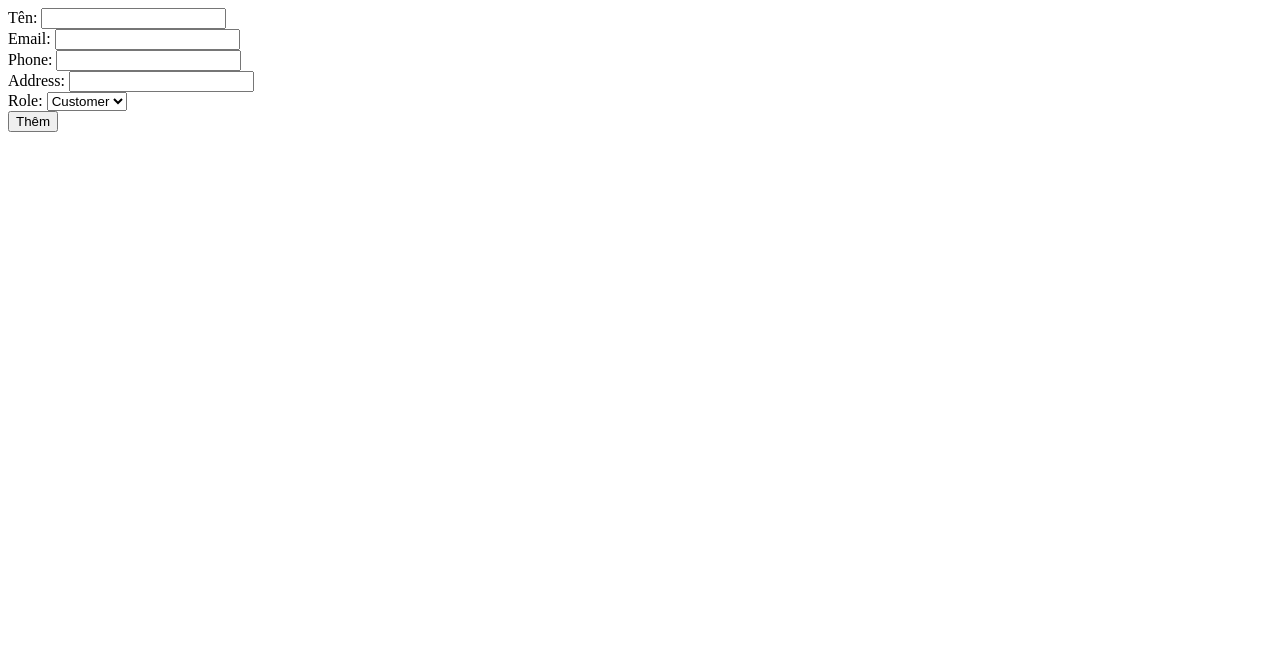
Repository: cu-dat/web2_softdrink
Page: http://localhost/web2_softdrink/admin/customers/customer_add.php
These files come from the project's save history. The page is drawn as it stood at one moment and after the next save; the edit follows.
The browser window is 1280 px wide. The pictures show the whole page.
The page is run by PHP 8.4 with error messages shown; the project is at /var/www/html/.

Above is the page before, as saved 2026-03-18 18:04:43.

### admin/customers/customer_add.php
<form action="insert.php" method="POST">
    Tên: <input type="text" name="full_name" required><br>
    Email: <input type="email" name="email"><br>
    Phone: <input type="text" name="phone"><br>
    Address: <input type="text" name="address"><br>

    Role:
    <select name="role">
        <option value="customer">Customer</option>
        <option value="staff">Staff</option>
        <option value="admin">Admin</option>
    </select><br>

    <button type="submit">Thêm</button>
</form>

After the next save:
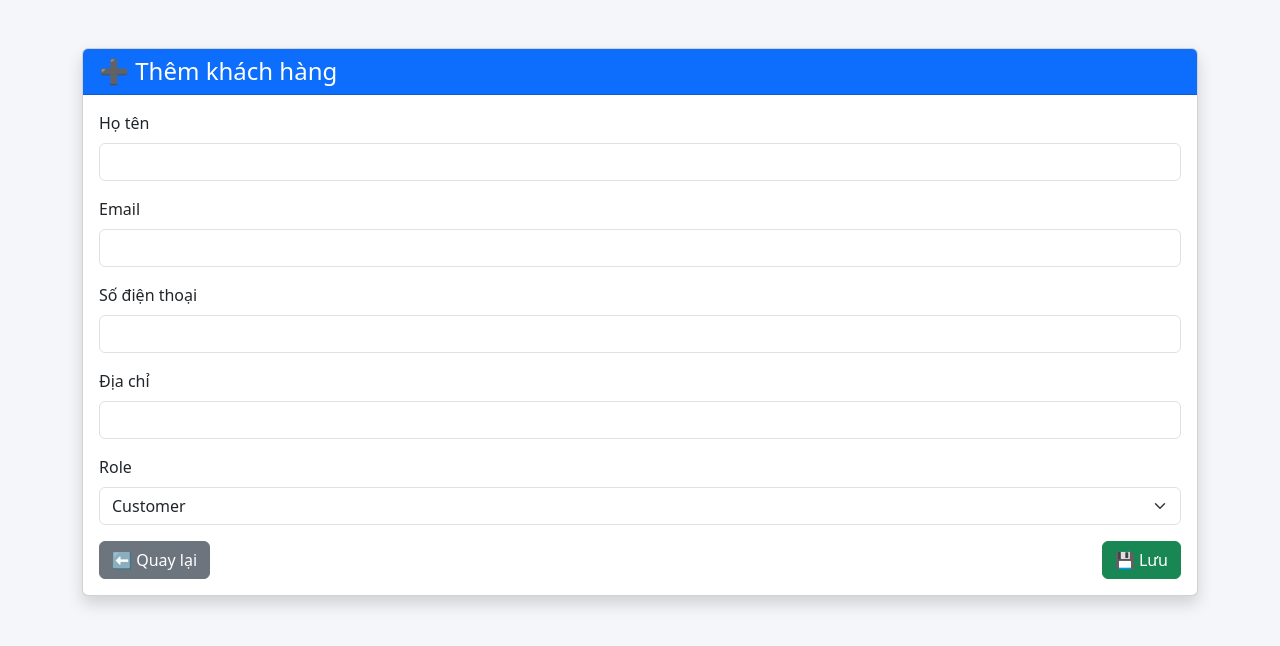
Saved 10 s later.
--- a/admin/customers/customer_add.php
+++ b/admin/customers/customer_add.php
@@ -1,15 +1,68 @@
-<form action="insert.php" method="POST">
-    Tên: <input type="text" name="full_name" required><br>
-    Email: <input type="email" name="email"><br>
-    Phone: <input type="text" name="phone"><br>
-    Address: <input type="text" name="address"><br>
+<!DOCTYPE html>
+<html lang="vi">
+<head>
+    <meta charset="UTF-8">
+    <title>Thêm khách hàng</title>
 
-    Role:
-    <select name="role">
-        <option value="customer">Customer</option>
-        <option value="staff">Staff</option>
-        <option value="admin">Admin</option>
-    </select><br>
+    <!-- Bootstrap 5 CDN -->
+    <link href="https://cdn.jsdelivr.net/npm/bootstrap@5.3.3/dist/css/bootstrap.min.css" rel="stylesheet">
+</head>
 
-    <button type="submit">Thêm</button>
-</form>
+<body style="background:#f4f6f9;">
+
+<div class="container mt-5">
+    <div class="card shadow">
+
+        <!-- Header -->
+        <div class="card-header bg-primary text-white">
+            <h4 class="mb-0">➕ Thêm khách hàng</h4>
+        </div>
+
+        <!-- Body -->
+        <div class="card-body">
+
+            <form action="insert.php" method="POST">
+
+                <div class="mb-3">
+                    <label class="form-label">Họ tên</label>
+                    <input type="text" name="full_name" class="form-control" required>
+                </div>
+
+                <div class="mb-3">
+                    <label class="form-label">Email</label>
+                    <input type="email" name="email" class="form-control">
+                </div>
+
+                <div class="mb-3">
+                    <label class="form-label">Số điện thoại</label>
+                    <input type="text" name="phone" class="form-control">
+                </div>
+
+                <div class="mb-3">
+                    <label class="form-label">Địa chỉ</label>
+                    <input type="text" name="address" class="form-control">
+                </div>
+
+                <div class="mb-3">
+                    <label class="form-label">Role</label>
+                    <select name="role" class="form-select">
+                        <option value="customer">Customer</option>
+                        <option value="staff">Staff</option>
+                        <option value="admin">Admin</option>
+                    </select>
+                </div>
+
+                <!-- Button -->
+                <div class="d-flex justify-content-between">
+                    <a href="list.php" class="btn btn-secondary">⬅ Quay lại</a>
+                    <button type="submit" class="btn btn-success">💾 Lưu</button>
+                </div>
+
+            </form>
+
+        </div>
+    </div>
+</div>
+
+</body>
+</html>
